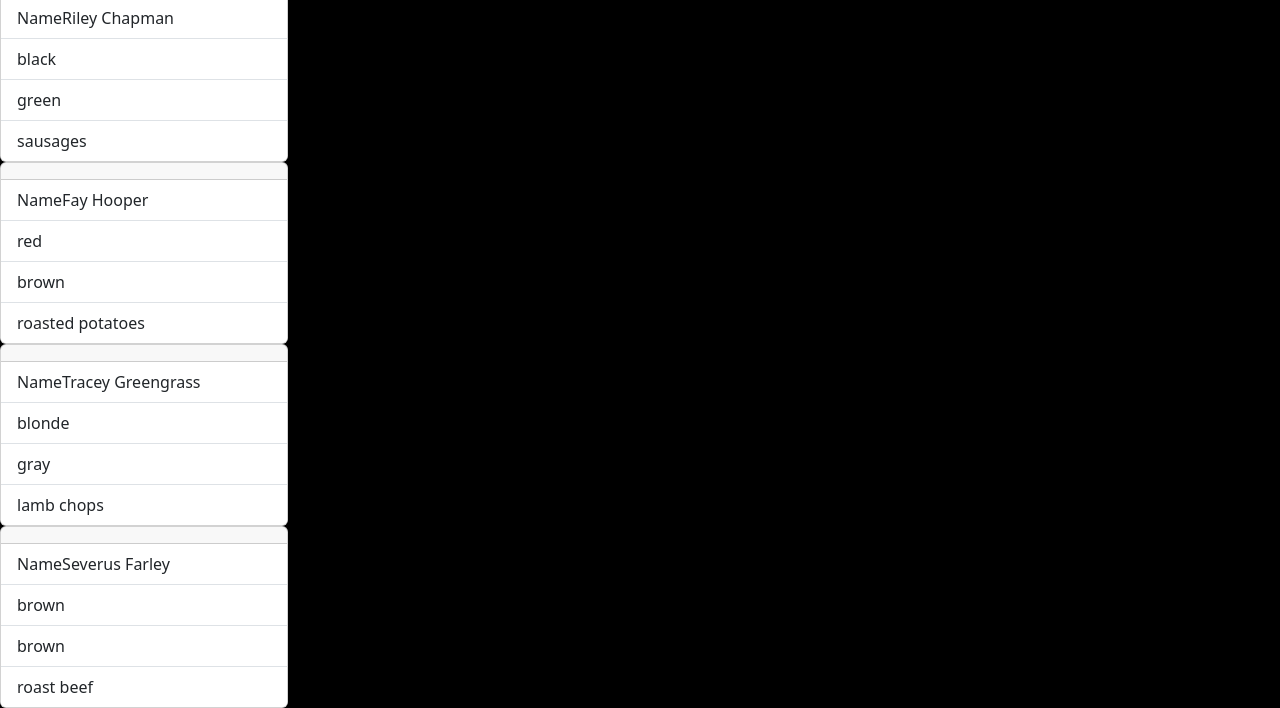
Repository: jontslater/INDIVIDUAL-PROJECT-sorting-hat
Page: index.html
The author's editor kept a copy of each file at every save. The page is drawn from the files as they stood at one save, then again after the next save.
The browser window is 1280 px wide. The pictures show the part of the page from y = 541 to 1249 px (the page is 1249 px tall).
A picture or video elsewhere on the page could not be fetched, so the positions and the page height are approximate.

Above is the page before, as saved 2023-10-30 20:03:55.

After the next save:
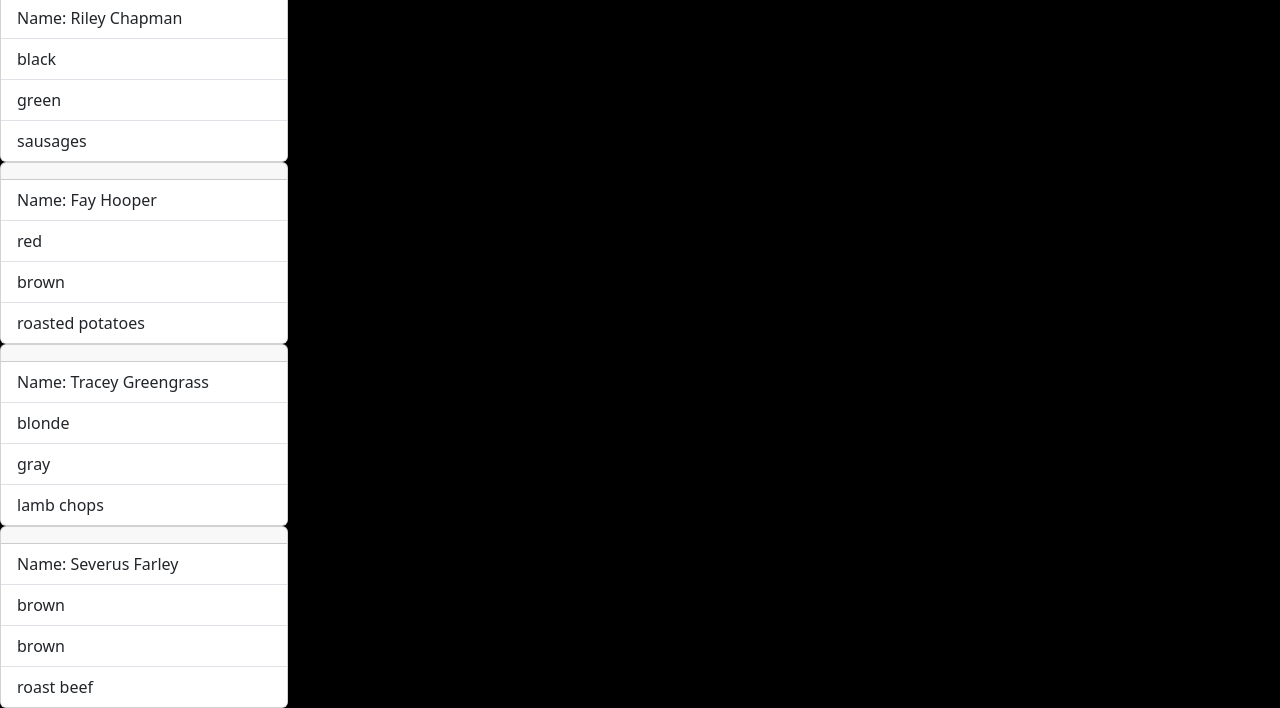
Saved 7 s later.
--- a/main.js
+++ b/main.js
@@ -46,7 +46,7 @@
     </div>
     <ul class="list-group list-group-flush">
 
-       <li class="list-group-item">Name${student.firstName} ${student.lastName}
+       <li class="list-group-item">Name: ${student.firstName} ${student.lastName}
       <li class="list-group-item">${student.hairColor}
       <li class="list-group-item">${student.eyeColor}
       <li class="list-group-item">${student.favoriteFood}
